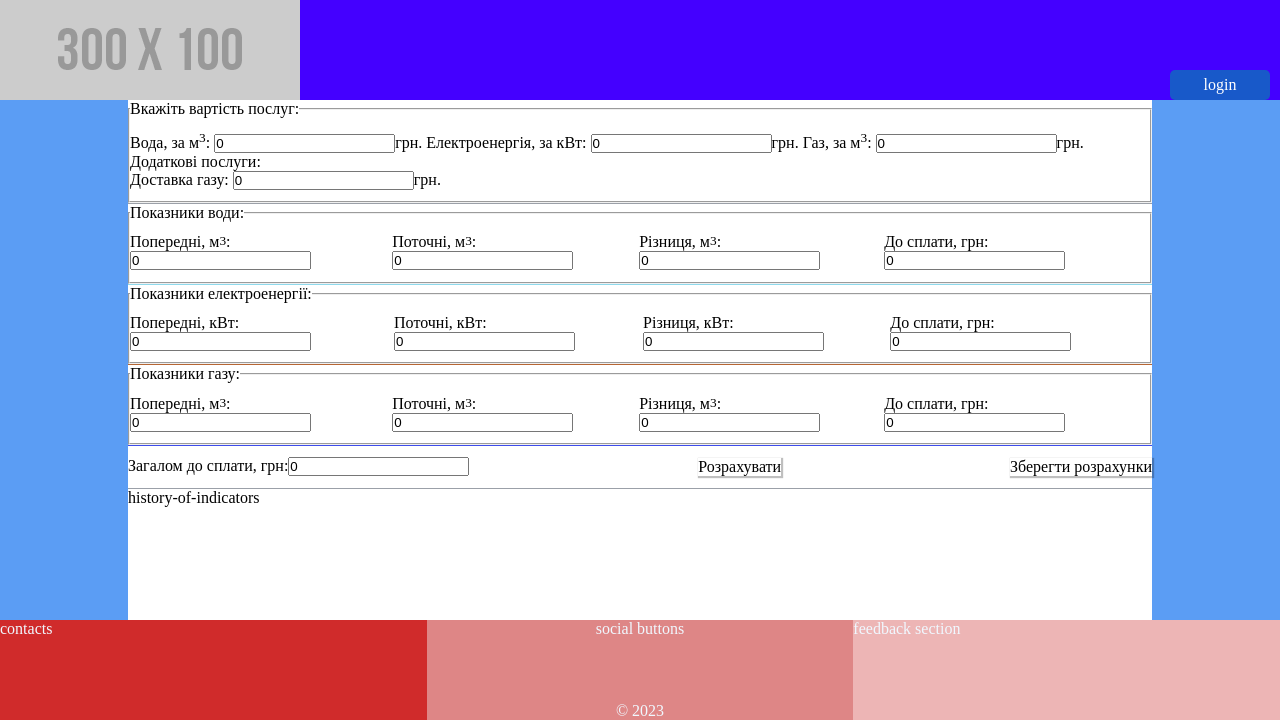
Repository: ruslan-horaiskyi/utility-calculator
Page: calculation-page.html
The author's editor kept a copy of each file at every save. The page is drawn from the files as they stood at one save, then again after the next save.
The browser window is 1280 px wide. The pictures show the whole page.

Above is the page before, as saved 2023-02-06 17:29:40.

### calculation-page.html
<!DOCTYPE html>
<html lang="en">
  <head>
    <meta charset="UTF-8" />
    <meta http-equiv="X-UA-Compatible" content="IE=edge" />
    <meta name="viewport" content="width=device-width, initial-scale=1.0" />
    <title>Utility Calculator</title>
    <link rel="stylesheet" href="./css/main.css" />
    <link rel="stylesheet" href="./css/calculation-page.css" />
  </head>

  <body>
    <div class="wrapper">
      <div class="wrapper_header">
        <div class="header_logo">
          <div><img class="logo_img" src="./img/300x100.png" alt="logo" /></div>
        </div>
        <div class="header_userbar">
          <div class="login_button">login</div>
        </div>
      </div>
      <div class="wrapper__main_content">
        <div class="calculation_area">
          <form class="calculation_form">
            <div class="calculation_form__costs utilities">
              <fieldset class="costs_fieldset">
                <legend class="costs_legend">Вкажіть вартість послуг:</legend>
                <div>
                  <label
                    >Вода, за м<sup>3</sup>:
                    <input
                      type="number"
                      id="water_cost"
                      class="input cost_input"
                      min="0"
                      value="0"
                      placeholder="Вода"
                    />грн.</label
                  >
                  <label
                    >Електроенергія, за кВт:
                    <input
                      type="number"
                      id="electricity_cost"
                      class="input cost_input"
                      placeholder="Електроенергія"
                      min="0"
                      value="0"
                    />грн.</label
                  >
                  <label
                    >Газ, за м<sup>3</sup>:
                    <input
                      type="number"
                      id="gas_cost"
                      class="input cost_input"
                      placeholder="Газ"
                      min="0"
                      value="0"
                    />грн.</label
                  >
                </div>
                <div>Додаткові послуги:</div>
                <div class="additional_services__div">
                  <label
                    >Доставка газу:
                    <input
                      type="number"
                      id="gas_delivery"
                      class="input"
                      placeholder="Вартість послуги"
                      min="0"
                      value="0"
                    />грн.</label
                  >
                </div>
              </fieldset>
            </div>

            <div class="calculation_form__water_indicators utilities">
              <fieldset class="utilities_fieldset">
                <legend class="water_indicators_legend">Показники води:</legend>
                <label class="utilities_label"
                  >Попередні, м<sup>3</sup>:
                  <input
                    class="input indicator_input"
                    type="number"
                    id="previous_water"
                    name="previous_water"
                    placeholder="000000"
                    value="0"
                    min="0"
                /></label>
                <label class="utilities_label"
                  >Поточні, м<sup>3</sup>:
                  <input
                    class="input indicator_input"
                    type="number"
                    id="current_water"
                    name="current_water"
                    placeholder="000000"
                    min="0"
                    value="0"
                /></label>
                <label class="utilities_label"
                  >Різниця, м<sup>3</sup>:
                  <div>
                    <input
                      class="input difference_input"
                      type="text"
                      id="water_difference"
                      placeholder="0"
                      value="0"
                      min="0"
                      readonly
                    /></div
                ></label>
                <label class="utilities_label"
                  >До сплати, грн:
                  <div>
                    <input
                      class="input to_pay__input"
                      type="number"
                      id="water_to_pay"
                      value="0"
                      min="0"
                      readonly
                    /></div
                ></label>
              </fieldset>
            </div>

            <div class="calculation_form__electricity_indicators utilities">
              <fieldset class="utilities_fieldset">
                <legend class="electricity_indicators_legend">
                  Показники електроенергії:
                </legend>
                <label class="utilities_label"
                  >Попередні, кВт:
                  <input
                    class="input indicator_input"
                    type="number"
                    id="previous_electricity"
                    name="previous_electricity"
                    placeholder="000000"
                    min="0"
                    value="0"
                /></label>
                <label class="utilities_label"
                  >Поточні, кВт:
                  <input
                    class="input indicator_input"
                    type="number"
                    id="current_electricity"
                    name="current_electricity"
                    placeholder="000000"
                    min="0"
                    value="0"
                /></label>
                <label class="utilities_label"
                  >Різниця, кВт:
                  <div>
                    <input
                      class="input difference_input"
                      type="number"
                      id="electricity_difference"
                      placeholder="0"
                      value="0"
                      min="0"
                      readonly
                    /></div
                ></label>
                <label class="utilities_label"
                  >До сплати, грн:
                  <div>
                    <input
                      class="input to_pay__input"
                      type="number"
                      id="electricity_to_pay"
                      value="0"
                      min="0"
                      readonly
                    /></div
                ></label>
              </fieldset>
            </div>

            <div class="calculation_form__gas_indicators utilities">
              <fieldset class="utilities_fieldset">
                <legend class="gas_indicators_legend">Показники газу:</legend>
                <label class="utilities_label"
                  >Попередні, м<sup>3</sup>:
                  <input
                    class="input indicator_input"
                    type="number"
                    id="previous_gas"
                    name="previous_gas"
                    placeholder="000000"
                    min="0"
                    value="0"
                /></label>
                <label class="utilities_label"
                  >Поточні, м<sup>3</sup>:
                  <input
                    class="input indicator_input"
                    type="number"
                    id="current_gas"
                    name="current_gas"
                    placeholder="000000"
                    min="0"
                    value="0"
                /></label>
                <label class="utilities_label"
                  >Різниця, м<sup>3</sup>:
                  <div>
                    <input
                      class="input difference_input"
                      type="number"
                      id="gas_difference"
                      placeholder="0"
                      value="0"
                      min="0"
                      readonly
                    /></div
                ></label>
                <label class="utilities_label"
                  >До сплати, грн:
                  <div>
                    <input
                      class="input to_pay__input"
                      type="number"
                      id="gas_to_pay"
                      value="0"
                      min="0"
                      readonly
                    /></div
                ></label>
              </fieldset>
            </div>

            <div class="calculation_form__total_payment utilities">
              <label class="utilities_label"
                >Загалом до сплати, грн:
                <div>
                  <input
                    class="input"
                    type="number"
                    id="total_to_pay"
                    value="0"
                    min="0"
                    readonly
                  /></div
              ></label>
              <div id="calculate_button" class="button">
                Розрахувати
              </div>
              <div id="save_calculation__button" class="button">
                Зберегти розрахунки
              </div>
            </div>
          </form>

          <div class="history_of_indicators utilities">
            <div>history-of-indicators</div>
          </div>
        </div>
      </div>

      <div class="wrapper_footer">
        <div class="footer_contacts"><span>contacts</span></div>
        <div class="footer_social">
          <span>social buttons</span>
          <div class="current_year">&copy; <span id="current_year"></span></div>
        </div>
        <div class="footer_feedback"><span>feedback section</span></div>
      </div>
    </div>
    <script src="./js/main.js"></script>
    <script src="./js/calculation-page.js"></script>
  </body>
</html>

### css/main.css
* {
  margin: 0;
  padding: 0;
}

.wrapper {
  display: flex;
  flex-direction: column;
  min-height: 100vh;
}

.wrapper_header {
  display: flex;
  height: 100px;
  background-color: green;
}

.header_logo {
  width: max-content;
  background-color: aqua;
}

.header_userbar {
  background-color: rgb(68, 0, 255);
  flex: 1;
  display: flex;
  justify-content: flex-end;
  align-items: flex-end;
  padding: 0 10px;
}

.login_button {
  display: flex;
  width: 100px;
  height: 30px;
  border: none;
  border-radius: 5px;
  color: #fff;
  background-color: #1859c9;
  cursor: pointer;
  align-items: center;
  justify-content: center;
}

.header_userbar_login_button:hover {
  background-color: #1859c9db;
}

.wrapper_footer {
  display: flex;
  height: 100px;
  flex: 0 0 auto;
  color: aliceblue;
  background-color: black;
}

.footer_contacts {
  flex: 1;
  height: 100px;
  background-color: rgb(208, 43, 43);
}

.footer_social {
  display: flex;
  flex-direction: column;
  flex: 1;
  align-items: center;
  justify-content: space-between;
  height: 100px;
  background-color: rgb(222, 134, 134);
}

.footer_feedback {
  flex: 1;
  height: 100px;
  background-color: rgb(237, 181, 181);
}

### css/calculation-page.css
.wrapper__main_content {
  display: flex;
  flex-direction: column;
  justify-content: flex-start;
  align-items: center;
  flex-grow: 1;
  background-color: rgb(91, 157, 244);
}

.calculation_area {
  display: flex;
  flex-direction: column;
  flex-grow: 1;
  width: 100%;
  max-width: 1024px;
  background-color: #b0264b;
}

.calculation_form {
  display: flex;
  flex-direction: column;
  flex-grow: 1;
}

.costs_fieldset {
  display: flex;
  flex-direction: column;
  justify-content: center;
  width: 100%;
}

.utilities {
  display: flex;
  align-items: stretch;
  flex-grow: 1;
  background-color: #fff;
}

.utilities_label {
  display: flex;
  flex-wrap: wrap;
}

:focus::placeholder {
  color: transparent;
}

.utilities_fieldset {
  display: flex;
  align-items: center;
  width: 100%;
}

.calculation_form__costs {
  border-bottom: 1px #9ba0a8 solid;
}

.calculation_form__water_indicators {
  border-bottom: 1px #8ed9ec solid;
}

.calculation_form__electricity_indicators {
  border-bottom: 1px #b66634 solid;
}

.calculation_form__gas_indicators {
  border-bottom: 1px #3e4cea solid;
}

.calculation_form__total_payment {
  display: flex;
  justify-content: space-between;
  align-items: center;
  border-bottom: 1px #9ba0a8 solid;
}

.button {
  box-shadow: 1px 1px 1px 1px rgb(0, 0, 0, 0.25);
}

.history_of_indicators {
  display: flex;
  flex-direction: column;
  flex-grow: 1;
  overflow-y: auto;
  max-height: 250px;
  width: 100%;
}

### js/main.js
// Header section
const logoImg       = document.querySelector('.logo_img'),
      headerUserbar = document.querySelector('.header_userbar'),
      loginButton   = document.querySelector('.login_button');

// Copyright
const year = document.getElementById("current_year");

year.innerHTML = new Date().getFullYear();

### js/calculation-page.js
// Utilities price
const waterCost   = document.getElementById("water_cost"),
  electricityCost = document.getElementById("electricity_cost"),
  gasCost         = document.getElementById("gas_cost"),
  gasDelivery     = document.getElementById("gas_delivery");

// Water indicators
const previousWater = document.getElementById("previous_water"),
  currentWater      = document.getElementById("current_water"),
  waterDifference   = document.getElementById("water_difference"),
  waterToPay        = document.getElementById("water_to_pay");

// Electricity indicators
const previousElectricity = document.getElementById("previous_electricity"),
  currentElectricity      = document.getElementById("current_electricity"),
  electricityDifference   = document.getElementById("electricity_difference"),
  electricityToPay        = document.getElementById("electricity_to_pay");

// Gas indicators
const previousGas = document.getElementById("previous_gas"),
  currentGas      = document.getElementById("current_gas"),
  gasDifference   = document.getElementById("gas_difference"),
  gasToPay        = document.getElementById("gas_to_pay");

// Total to pay and save calculation button
const totalToPay        = document.getElementById("total_to_pay"),
  saveCalculationButton = document.getElementById("save_calculation__button");

// History of indicators
const historyOfIndicators = document.querySelector(".history_of_indicators");

const indicatorInputs = document.querySelectorAll(".indicator_input");
const inputs          = document.querySelectorAll(".input");

const removeDefaultZero = ({ target }) => {
  target.value = target.value > 0 ? target.value : "";
};

for (const input of inputs) {
  input.addEventListener("focus", removeDefaultZero);
}

// const removeDefaultZero = (event) => {
//   event.target.value = event.target.value > 0 ? event.target.value : "";
// };

// for (const input of inputs) {
//   input.addEventListener("focus", removeDefaultZero);
// }

// for (let input of indicatorInputs) {
//   input.addEventListener("input", () => {
//     waterDifference.value = Math.abs(
//       parseInt(currentWater.value) - parseInt(previousWater.value)
//     );

//     electricityDifference.value = Math.abs(
//       parseInt(currentElectricity.value) - parseInt(previousElectricity.value)
//     );

//     gasDifference.value = Math.abs(
//       parseInt(currentGas.value) - parseInt(previousGas.value)
//     );

//     if (waterDifference.value >= 0 && waterCost.value > 0) {
//       waterToPay.value = parseFloat(
//         waterDifference.value * waterCost.value
//       ).toFixed(2);
//     }
//     if (electricityDifference.value >= 0 && electricityCost.value > 0) {
//       electricityToPay.value = parseFloat(
//         electricityDifference.value * electricityCost.value
//       ).toFixed(2);
//     }
//     if (gasDifference.value >= 0 && gasCost.value > 0) {
//       gasToPay.value = parseFloat(gasDifference.value * gasCost.value).toFixed(
//         2
//       );
//     }

//     if (
//       waterToPay.value > 0 ||
//       electricityToPay.value > 0 ||
//       gasToPay.value > 0
//     ) {
//       totalToPay.value = parseFloat(
//         parseFloat(waterToPay.value) +
//         parseFloat(electricityToPay.value) +
//         parseFloat(gasToPay.value)
//       ).toFixed(2);
//     }
//   });
// }

After the next save:
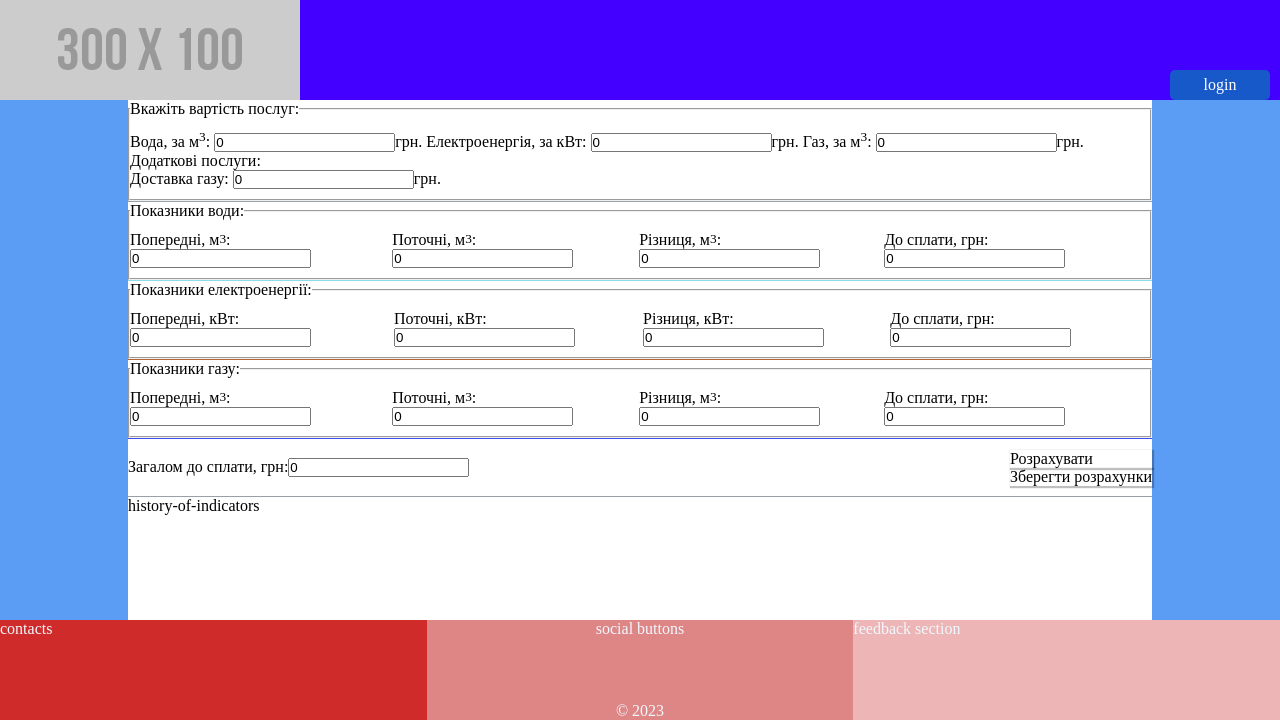
Saved 23 s later.
--- a/calculation-page.html
+++ b/calculation-page.html
@@ -251,11 +251,13 @@
                     readonly
                   /></div
               ></label>
-              <div id="calculate_button" class="button">
-                Розрахувати
-              </div>
-              <div id="save_calculation__button" class="button">
-                Зберегти розрахунки
+              <div>
+                <div id="calculate_button" class="button">
+                  Розрахувати
+                </div>
+                <div id="save_calculation__button" class="button">
+                  Зберегти розрахунки
+                </div>
               </div>
             </div>
           </form>
